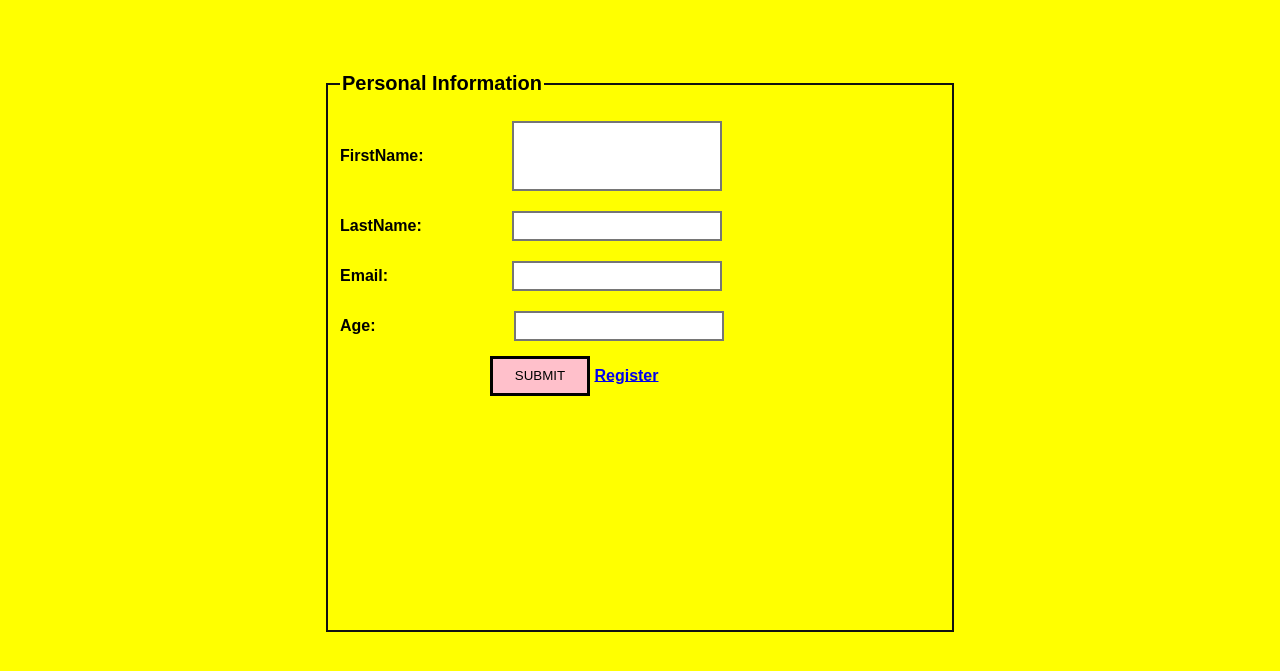
Repository: Femi007-gh/Legend
Page: index.html
These files come from the project's save history. The page is drawn as it stood at one moment and after a run of saves; the edit follows.
The browser window is 1280 px wide. The pictures show the whole page.

Above is the page before, as saved 2025-04-07 21:52:00.

### index.html
<html>
  <head>
    <title>LEGEND</title>
    <link rel="stylesheet" href="style.css">
  </head>
  <body>
    <form>
      <fieldset class="field">
        <legend class="ld">Personal Information</legend>
        <label class="first">FirstName:</label>
        <input type="text" class="FN"><br>

        <label class="last">LastName:</label>
        <input type="text" class="LN"> <br>

        <label class="mail">Email:</label>
        <input type="text" class="email"> <br>

        <label class="yourage">Age:</label>
        <input type="text" class="age"> <br>
          <button class="sub" type="button">SUBMIT</button>
          <a href="loginpage.html">Register</a>
      </fieldset>
    </form>
  </body>
</html>

### style.css
body {
  font-family:Arial, Helvetica, sans-serif;
  font-weight: bold;
  display: flex;
  justify-content: center;
  align-items: center;
  background-color: yellow;
}

.ld {
  font-size: 20px;
}

.field {
  border: 2px solid #111;
  width: 600px;
  height: 540px;
}

.FN {
  margin-top: 20px;
  margin-left: 84px;
  border-style: solid;
  height: 70px;
  width: 210px;
}

.LN {
  margin-top: 20px;
  margin-left: 86px;
  border-style: solid;
  height: 30px;
  width: 210px;
}

.email {
  margin-top: 20px;
  margin-left:120px;
  height: 30px;
  border-style: solid;
  width: 210px;
}

.age {
  margin-top: 20px;
  margin-left: 134px;
  border-style: solid;
  height: 30px;
  width: 210px;
}

input {
  background-color: white;
}

.sub {
  height: 40px;
  width: 100px;
  margin-left: 150px;
  margin-top: 15px;
  border: none;
  background-color: pink;
  border-style: solid;
  cursor: pointer;
}

.sub:hover {
  background-color: blue;
}

After the next 2 saves:
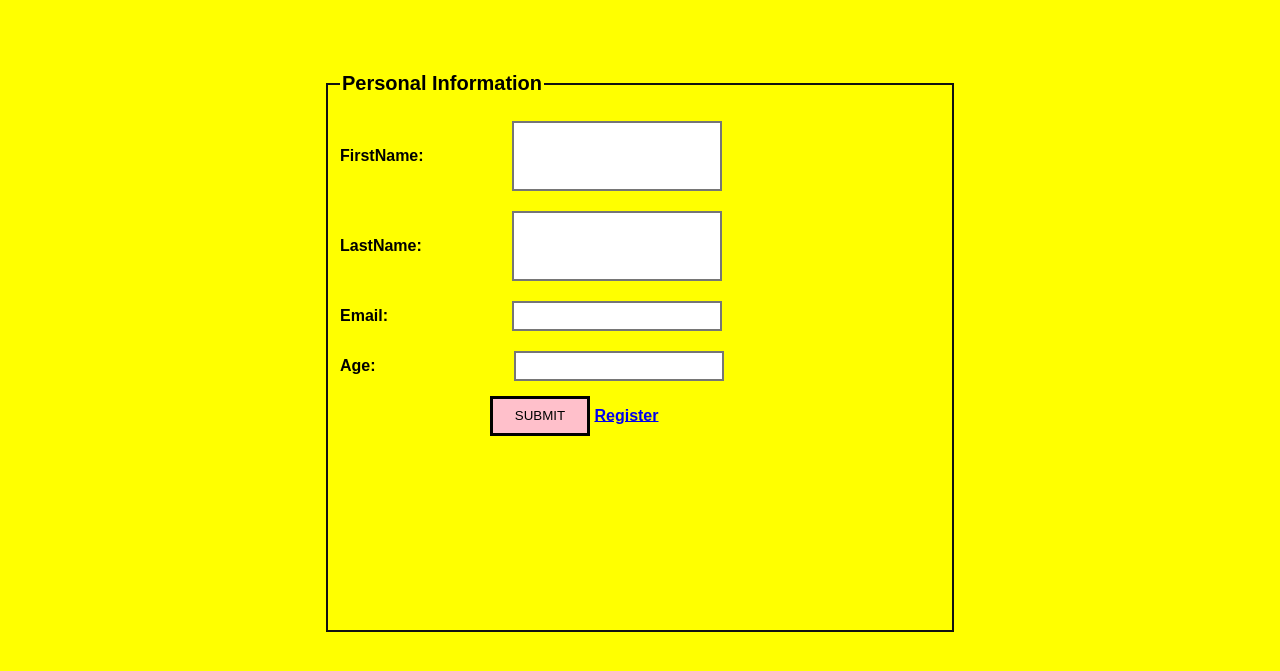
The 2 saves are shown as one change because they came seconds apart.
The last was saved 13 s later.
--- a/style.css
+++ b/style.css
@@ -29,7 +29,7 @@ body {
   margin-top: 20px;
   margin-left: 86px;
   border-style: solid;
-  height: 30px;
+  height: 70;
   width: 210px;
 }
 
